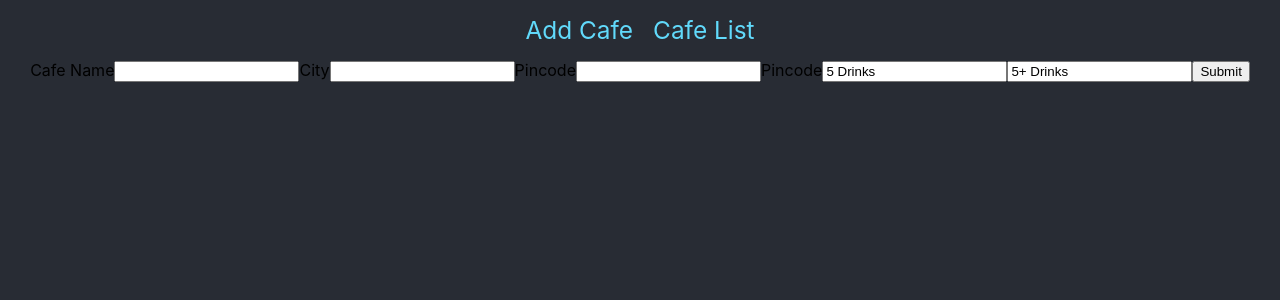
Repository: Surojd/project-cafe
Page: /cafes
These files come from the project's save history. The page is drawn as it stood at one moment and after the next save; the edit follows.
The browser window is 1280 px wide. The pictures show the whole page.
The page's requests for data from a server got no answer. The project was rebuilt for these pictures with package versions that can differ from the ones it lists, and the page was loaded fresh each time. No one was signed in, and anything a server would have sent is missing.

Above is the page before, as saved 2021-09-01 12:10:17.

### src/index.js
import React from 'react';
import ReactDOM from 'react-dom';
import './index.css';
import App from './App';
import reportWebVitals from './reportWebVitals';

import { BrowserRouter as Router } from 'react-router-dom';
ReactDOM.render(
  <React.StrictMode>
    <Router>
      <App />
    </Router>
  </React.StrictMode>,
  document.getElementById('root')
);

// If you want to start measuring performance in your app, pass a function
// to log results (for example: reportWebVitals(console.log))
// or send to an analytics endpoint. Learn more: https://bit.ly/CRA-vitals
reportWebVitals();

### src/index.css
body {
  background-color: #282c34;
  margin: 0;
  font-family: -apple-system, BlinkMacSystemFont, 'Segoe UI', 'Roboto', 'Oxygen',
    'Ubuntu', 'Cantarell', 'Fira Sans', 'Droid Sans', 'Helvetica Neue',
    sans-serif;
  -webkit-font-smoothing: antialiased;
  -moz-osx-font-smoothing: grayscale;
}

code {
  font-family: source-code-pro, Menlo, Monaco, Consolas, 'Courier New',
    monospace;
}

a{
  text-decoration: none;
}

### src/App.js
import { Link, Redirect, Route, Switch } from 'react-router-dom';
import './App.css';
import { AddCafe, CafeList } from './cafe';

const routes = [
  { path: '/add-cafe', component: AddCafe },
  { path: '/cafes', component: CafeList },
];
function App() {
  return (
    <div className="App">
      <header className="App-header">
        <Link className="App-link" to="/add-cafe">Add Cafe</Link>
        <Link className="App-link" to="/cafes">Cafe List</Link>
      </header>
      <container>
        <Switch>
          <div>
            {
              routes.map(item => {
                return <Route  {...item} />
              })
            }
            <Redirect exact from="/" to="/add-cafe" />
          </div>
        </Switch>
      </container>
    </div>
  );
}

export default App;

### src/App.css
.App {
  text-align: center;
}

.App-logo {
  height: 40vmin;
  pointer-events: none;
}

@media (prefers-reduced-motion: no-preference) {
  .App-logo {
    animation: App-logo-spin infinite 20s linear;
  }
}

.App-header {
  background-color: #282c34;
  min-height: 60px;
  display: flex;
  flex-direction: row;
  align-items: center;
  justify-content: center;
  font-size: calc(10px + 2vmin);
  color: white;
}

.App-link {
  color: #61dafb;
  padding: 10px;
}
container {
  background-color: #282c34;
  width: 100%;
  display: block;
height: calc(100vh-60px);
}
@keyframes App-logo-spin {
  from {
    transform: rotate(0deg);
  }
  to {
    transform: rotate(360deg);
  }
}

### src/cafe/index.js

export { default as AddCafe } from './AddCafe';
export { default as CafeList } from './CafeList';

### src/cafe/AddCafe.js
import React from 'react';
import { collection, addDoc } from "firebase/firestore";
import firestore from './firebase';

import { useFormik } from 'formik';
import * as Yup from 'yup';

export default function AddCafe() {

  const formik = useFormik({
    initialValues: {
      name: '',
      city: '',
      pincode: '',
      drinks: 5
    },
    validationSchema: Yup.object({
      name: Yup.string()
        .max(15, 'Must be 15 characters or less')
        .required('Required'),
      city: Yup.string()
        .max(20, 'Must be 20 characters or less')
        .required('Required'),
      pincode: Yup.string().required('Required'),
      drinks: Yup.string().required('Required'),
    }),
    onSubmit: async (data, { resetForm }) => {
      try {
        const docRef = await addDoc(collection(firestore, "cafes"), data);
        alert("Document written with ID: " + docRef.id);
        resetForm()
      } catch (e) {
        alert("Error adding document: " + e);
      }
    },
  });

  return (
    <form onSubmit={formik.handleSubmit}>
      <label htmlFor="name">Cafe Name</label>
      <input
        id="name"
        {...formik.getFieldProps('name')}
      />
      {formik.touched.name && formik.errors.name ? (
        <div>{formik.errors.name}</div>
      ) : null}

      <label htmlFor="city">City</label>
      <input
        id="city"
        {...formik.getFieldProps('city')}
      />
      {formik.touched.city && formik.errors.city ? (
        <div>{formik.errors.city}</div>
      ) : null}

      <label htmlFor="pincode">Pincode</label>
      <input
        id="pincode"
        {...formik.getFieldProps('pincode')}
      />
      {formik.touched.pincode && formik.errors.pincode ? (
        <div>{formik.errors.pincode}</div>
      ) : null}
      <label>Pincode</label>
      <input
        {...formik.getFieldProps('drinks')}
        value="5 Drinks"
      />
      <input
        {...formik.getFieldProps('drinks')}
        value="5+ Drinks"
      />
      <button type="submit">Submit</button>
    </form>);
}

### src/cafe/CafeList.js
import React from 'react';


export default function CafeList() {

  return (<></>);
}

### src/cafe/firebase.js
import { initializeApp } from 'firebase/app'
import { getFirestore, doc, initializeFirestore, CACHE_SIZE_UNLIMITED } from 'firebase/firestore'
import { getAnalytics } from "firebase/analytics";


const firebaseApp = initializeApp({
  apiKey: "AIzaSyBF1CMLc0WfG_majkcPFVm9eU-DCqGW9BM",
  authDomain: "project-cafe-d8aca.firebaseapp.com",
  projectId: "project-cafe-d8aca",
  storageBucket: "project-cafe-d8aca.appspot.com",
  messagingSenderId: "531282317018",
  appId: "1:531282317018:web:25d8fc0f088be0c68d5fe3",
  measurementId: "G-GNS7C6HN2Y"
});
const firestore = initializeFirestore(firebaseApp, {
  cacheSizeBytes: CACHE_SIZE_UNLIMITED
});
export default firestore;
const analytics = getAnalytics(firebaseApp);

Loaded but not shown: public/index.html (common file); src/reportWebVitals.js (common file)

After the next save:
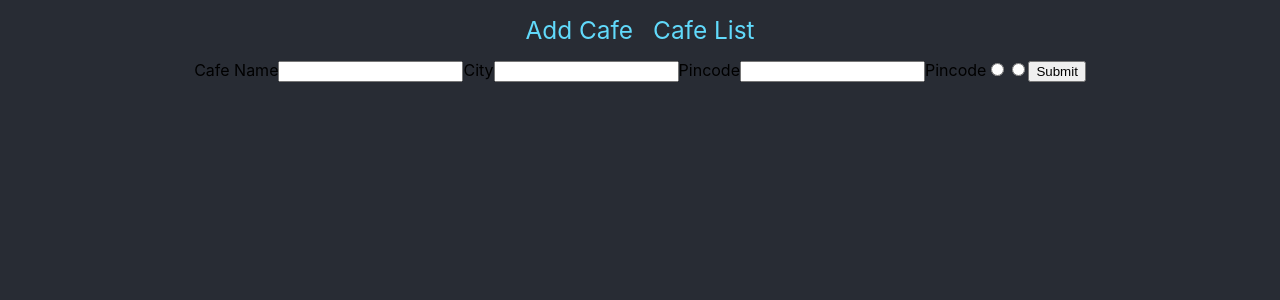
Saved 17 s later.
--- a/src/cafe/AddCafe.js
+++ b/src/cafe/AddCafe.js
@@ -65,10 +65,12 @@ export default function AddCafe() {
       ) : null}
       <label>Pincode</label>
       <input
+        type='radio'
         {...formik.getFieldProps('drinks')}
         value="5 Drinks"
       />
       <input
+        type='radio'
         {...formik.getFieldProps('drinks')}
         value="5+ Drinks"
       />
